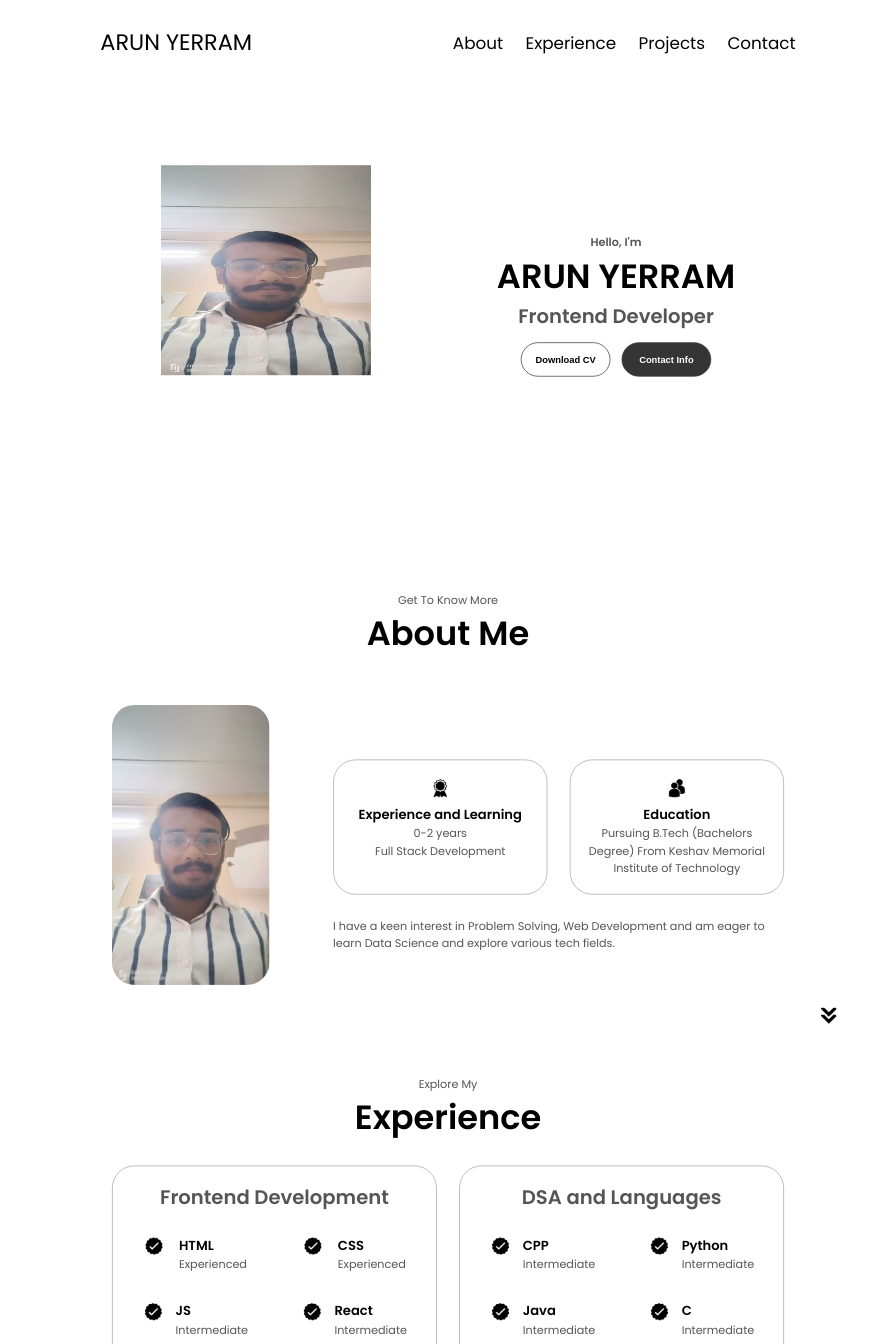
Repository: ARUN-YERRAM/ARUN-YERRAM-PORTFOLIO
Page: index.html
An editor plug-in stored every save of this project. The page is shown before and after the next save, followed by the edit.
The browser window is 1280 px wide. The pictures show the part of the page from y = 0 to 1920 px (the page is 3401 px tall), at 70% of full size.

Above is the page before, as saved 2024-09-04 01:27:53.

After the next save:
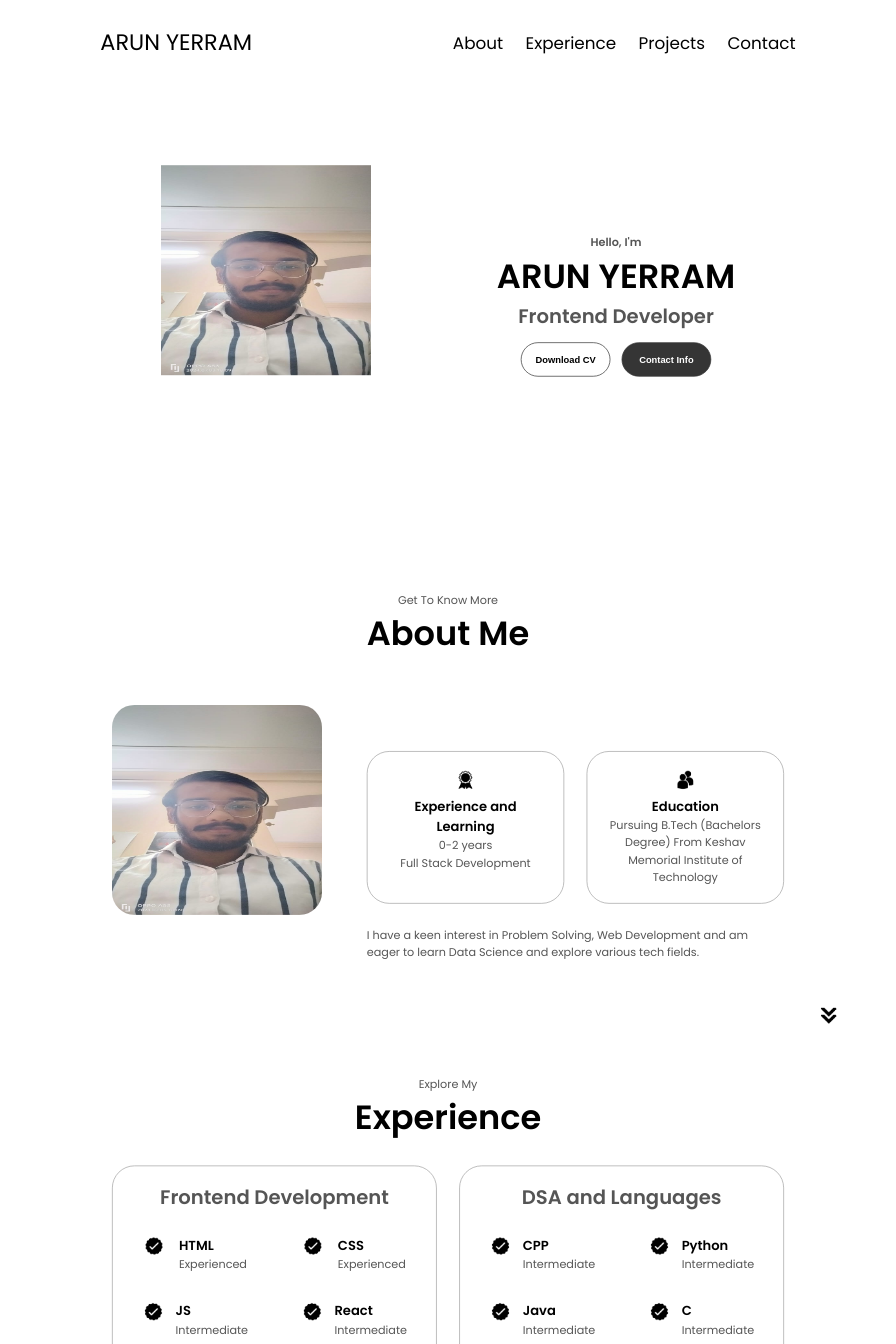
Saved 4 min 1 s later.
--- a/index.html
+++ b/index.html
@@ -65,7 +65,7 @@
     <h1 class="title">About Me</h1>
     <div class="section-container">
       <div class="section__pic-container">
-        <img src="./assets/Arun.jpg" alt="Profile picture" class="about-pic" />
+        <img src="./assets/Arun.jpg" alt="Profile picture" class="about-pic" width="300px" height="300px"/>
       </div>
       <div class="about-details-container">
         <div class="about-containers">
